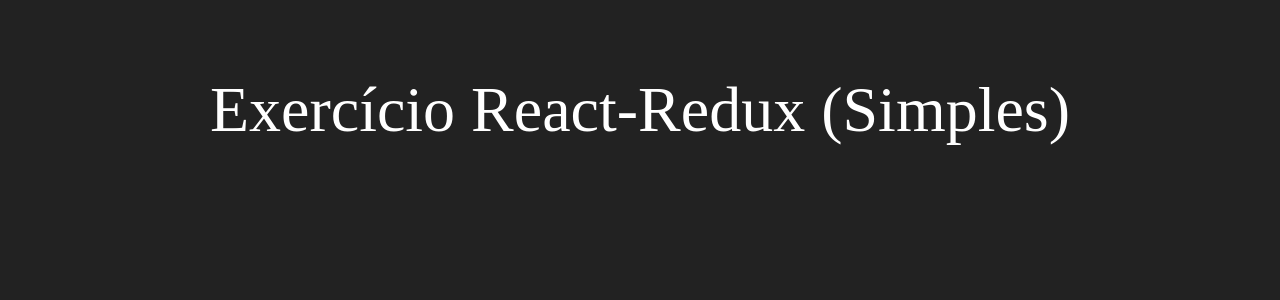
Repository: eversonps/redux-simples
Page: /
The author's editor kept a copy of each file at every save. The page is drawn from the files as they stood at one save, then again after the next save.
The browser window is 1280 px wide. The pictures show the whole page.
The project was rebuilt for these pictures with package versions that can differ from the ones it lists, and the page was loaded fresh each time.

Above is the page before, as saved 2022-03-10 17:38:49.

### src/index.css
body{
  background-color: #222;
  font-size: 2rem;
  color: #fff;
  margin: 30px;
}

### src/App.js
import logo from './logo.svg';
import './App.css';
import Card from './components/Card';
function App() {
  return (
    <div className="App">
      <h1>Exercício React-Redux (Simples)</h1>
      <div className='linha'>
        <Card></Card>
        <Card></Card>
      </div>
    </div>
  );
}

export default App;

### src/App.css
.App{
  display: flex;
  flex-direction: column;
  align-items: center;
}

h1{
  font-weight: 200;
}

.linha{
  display: flex;
}

### src/components/Card.jsx
import "./Card.css"
import React from "react"

export default props => (
    <div className="Card">
        <div className="Header">
            <span className="Title">{props.title}</span>
        </div>
        <div className="Content">
            {props.children}
        </div>
    </div>
)

### src/components/Card.css
.Card{
    flex: 1;
    background-color: red;
}

Loaded but not shown: public/index.html (common file); src/index.js (common file); src/reportWebVitals.js (common file)

After the next save:
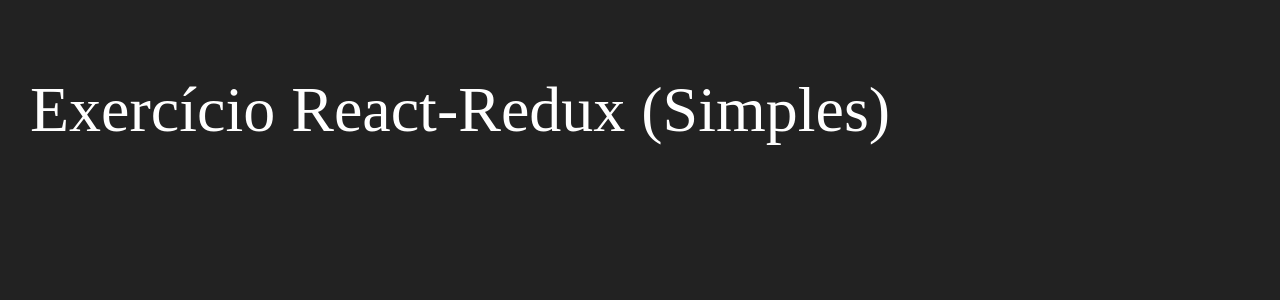
Saved 34 s later.
--- a/src/App.css
+++ b/src/App.css
@@ -1,7 +1,7 @@
 .App{
   display: flex;
   flex-direction: column;
-  align-items: center;
+  align-items: stretch;
 }
 
 h1{
